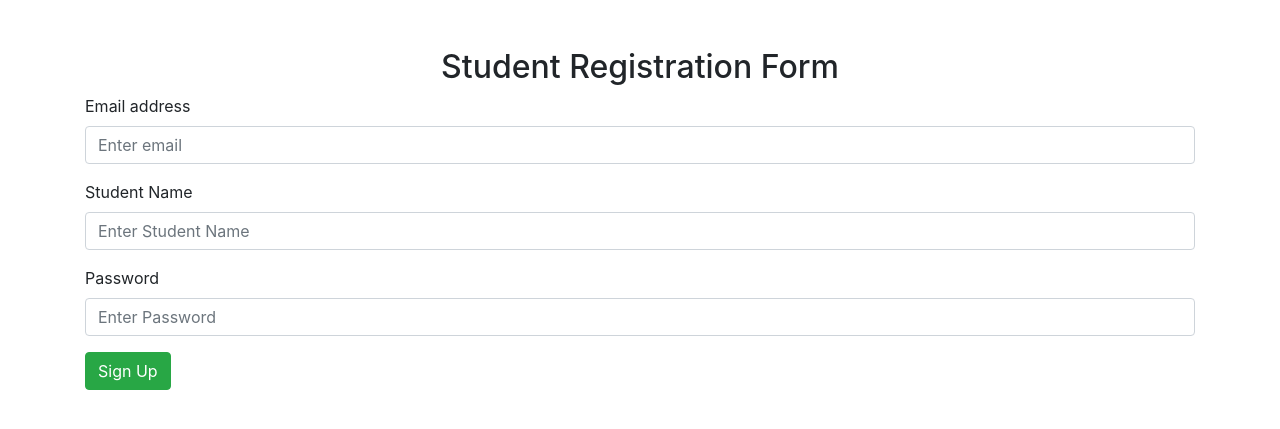
Repository: nksharma514/spring
Page: http://localhost/com.spring.mvc.formRegistration/student
An editor plug-in stored every save of this project. The page is shown before and after the next save, followed by the edit.
The browser window is 1280 px wide. The pictures show the whole page.
Some web libraries are served in a nearby version. The page is served by Tomcat 9.

Above is the page before, as saved 2023-08-13 17:02:24.

After the next save:
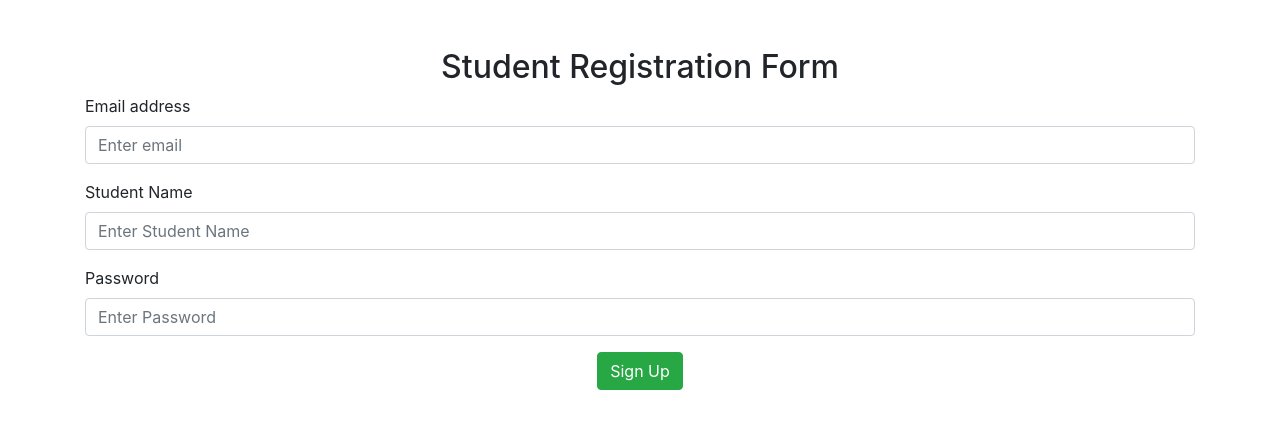
Saved 2 min 11 s later.
--- a/com.spring.mvc.formRegistration/src/main/webapp/WEB-INF/views/student.jsp
+++ b/com.spring.mvc.formRegistration/src/main/webapp/WEB-INF/views/student.jsp
@@ -60,9 +60,9 @@
 		</div>
 
 
-
+		<div class="container text-center">
 			<button type="Submit" class="btn btn-success">Sign Up</button>
-
+		</div>
 
 
 	</div>
